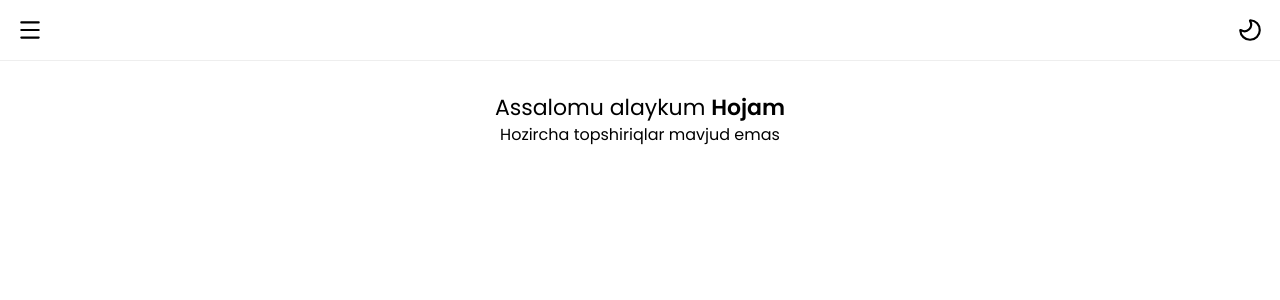
Repository: zaynobiddinovofficel-debug/KotibaAI
Page: / (app in web/)
An editor plug-in stored every save of this project. The page is shown before and after a run of saves, followed by the edit.
The browser window is 1280 px wide. The pictures show the whole page.
Some web fonts or font styles are not loaded; a fallback is used. The project was rebuilt for these pictures with package versions that can differ from the ones it lists, and the page was loaded fresh each time. Also part of the build but not shown: web/vite.config.js.

Above is the page before, as saved 2026-03-25 20:18:08.

### web/index.html
<!doctype html>
<html lang="en">
  <head>
    <meta charset="UTF-8" />
    <link rel="icon" type="image/svg+xml" href="/vite.svg" />
    <meta name="viewport" content="width=device-width, initial-scale=1.0" />
    <title>web</title>
    <link rel="preconnect" href="https://fonts.googleapis.com">
    <link rel="preconnect" href="https://fonts.gstatic.com" crossorigin>
    <link href="https://fonts.googleapis.com/css2?family=Barlow+Semi+Condensed:ital,wght@0,100;0,200;0,300;0,400;0,500;0,600;0,700;0,800;0,900;1,100;1,200;1,300;1,400;1,500;1,600;1,700;1,800;1,900&family=Big+Shoulders:opsz,wght@10..72,100..900&family=Chewy&family=Inter:ital,opsz,wght@0,14..32,100..900;1,14..32,100..900&family=Lexend+Deca:wght@100..900&family=Poppins:ital,wght@0,100;0,200;0,300;0,400;0,500;0,600;0,700;0,800;0,900;1,100;1,200;1,300;1,400;1,500;1,600;1,700;1,800;1,900&family=Roboto+Condensed:ital,wght@0,100..900;1,100..900&display=swap" rel="stylesheet">
  </head>
  <body class="font-[Poppins]">
    <div id="root"></div>
    <script type="module" src="/src/main.jsx"></script>
  </body>
</html>

### web/src/App.jsx
import { Button } from "@/components/ui/button"
import { MenuIcon, MoonIcon } from "lucide-react"
import React from "react"
export default function App() {
  const [tasks,setTasks] = React.useState(localStorage.getItem("tasks"));
  const [username,setUsername] = React.useState(localStorage.getItem("username"));
  return (
    <>
    <div className="px-3 py-3 max-w-[1280px] w-full border-b border-b-[#0001] flex justify-between">
      <Button className={`w-[36px]`} variant={'ghost'}>
        <MenuIcon className="size-6.5" />
      </Button>
      <Button className={`w-[36px]`} variant={'ghost'}>
        <MoonIcon className="size-6.5 rotate-270" />
      </Button>
    </div>
    {tasks??
    <div className="px-3 py-3 max-w-[1280px] w-full flex flex-col items-center my-6 text-center gap-2">
    <span className="text-[22px] leading-none">Assalomu alaykum <b className="font-[550]">
      {username==null?"Hojam":username}
    </b></span>
    <span className="leading-none">Hozircha topshiriqlar mavjud emas</span>
    </div>}
    <div className="px-3 py-3 max-w-[1280px] w-full flex justify-center">

    </div>
    </>
  )
}

### web/src/components/ui/button.jsx
import * as React from "react"
import { Slot } from "@radix-ui/react-slot"
import { cva } from "class-variance-authority"

import { cn } from "@/lib/utils"

const buttonVariants = cva(
  "inline-flex items-center justify-center gap-2 whitespace-nowrap rounded-md text-sm font-medium transition-[color,box-shadow,transform] !duration-0 disabled:pointer-events-none disabled:opacity-50 [&_svg]:pointer-events-none [&_svg:not([class*='size-'])]:size-4 shrink-0 [&_svg]:shrink-0 outline-none focus-visible:border-ring focus-visible:ring-ring/50 focus-visible:ring-[3px] aria-invalid:ring-destructive/20 dark:aria-invalid:ring-destructive/40 aria-invalid:border-destructive active:scale-[0.98]",
  {
    variants: {
      variant: {
        default:
          "bg-primary text-primary-foreground shadow-xs hover:bg-primary/90",
        destructive:
          "bg-destructive text-white shadow-xs hover:bg-destructive/90 focus-visible:ring-destructive/20",
        outline:
          "border bg-background shadow-xs hover:bg-accent hover:text-accent-foreground",
        secondary:
          "bg-secondary text-secondary-foreground shadow-xs hover:bg-secondary/80",
        ghost: "hover:bg-accent hover:text-accent-foreground",
        link: "text-primary underline-offset-4 hover:underline",
      },
      size: {
        default: "h-9 px-4 py-2",
        sm: "h-8 rounded-md gap-1.5 px-3",
        lg: "h-10 rounded-md px-6",
        icon: "size-9",
      },
    },
    defaultVariants: {
      variant: "default",
      size: "default",
    },
  }
)

function Button({ className, variant, size, asChild = false, ...props }) {
  const Comp = asChild ? Slot : "button"

  return (
    <Comp
      data-slot="button"
      className={cn(buttonVariants({ variant, size, className }))}
      {...props}
    />
  )
}

export { Button, buttonVariants }

Loaded but not shown: web/src/main.jsx (common file); web/src/index.css (common file); web/src/lib/utils.js (common file)

After the next 4 saves:
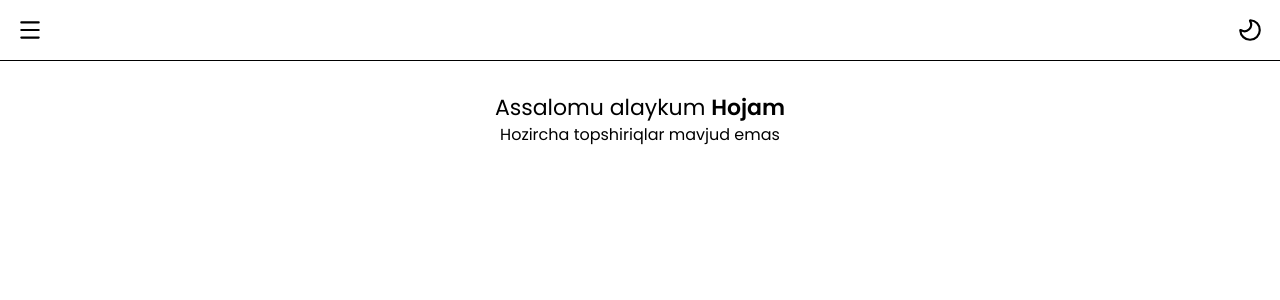
The 4 saves are shown as one change because they came seconds apart.
The last was saved 10 s later.
--- a/web/src/App.jsx
+++ b/web/src/App.jsx
@@ -6,7 +6,7 @@
   const [username,setUsername] = React.useState(localStorage.getItem("username"));
   return (
     <>
-    <div className="px-3 py-3 max-w-[1280px] w-full border-b border-b-[#0001] flex justify-between">
+    <div className="px-3 py-3 max-w-[1280px] w-full border-b border-b-[1] flex justify-between">
       <Button className={`w-[36px]`} variant={'ghost'}>
         <MenuIcon className="size-6.5" />
       </Button>

After the 2 saves that followed:
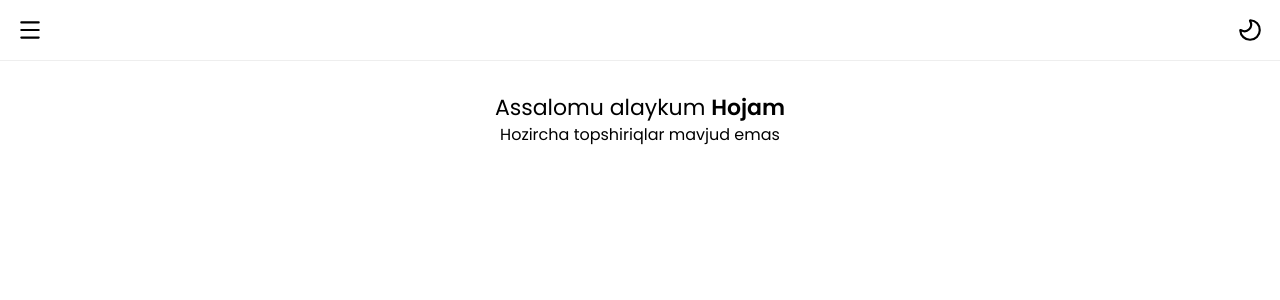
The 2 saves are shown as one change because they came seconds apart.
The last was saved 8 s later.
--- a/web/src/App.jsx
+++ b/web/src/App.jsx
@@ -6,7 +6,7 @@
   const [username,setUsername] = React.useState(localStorage.getItem("username"));
   return (
     <>
-    <div className="px-3 py-3 max-w-[1280px] w-full border-b border-b-[1] flex justify-between">
+    <div className="px-3 py-3 max-w-[1280px] w-full border-b border-b-[#eee] flex justify-between">
       <Button className={`w-[36px]`} variant={'ghost'}>
         <MenuIcon className="size-6.5" />
       </Button>
